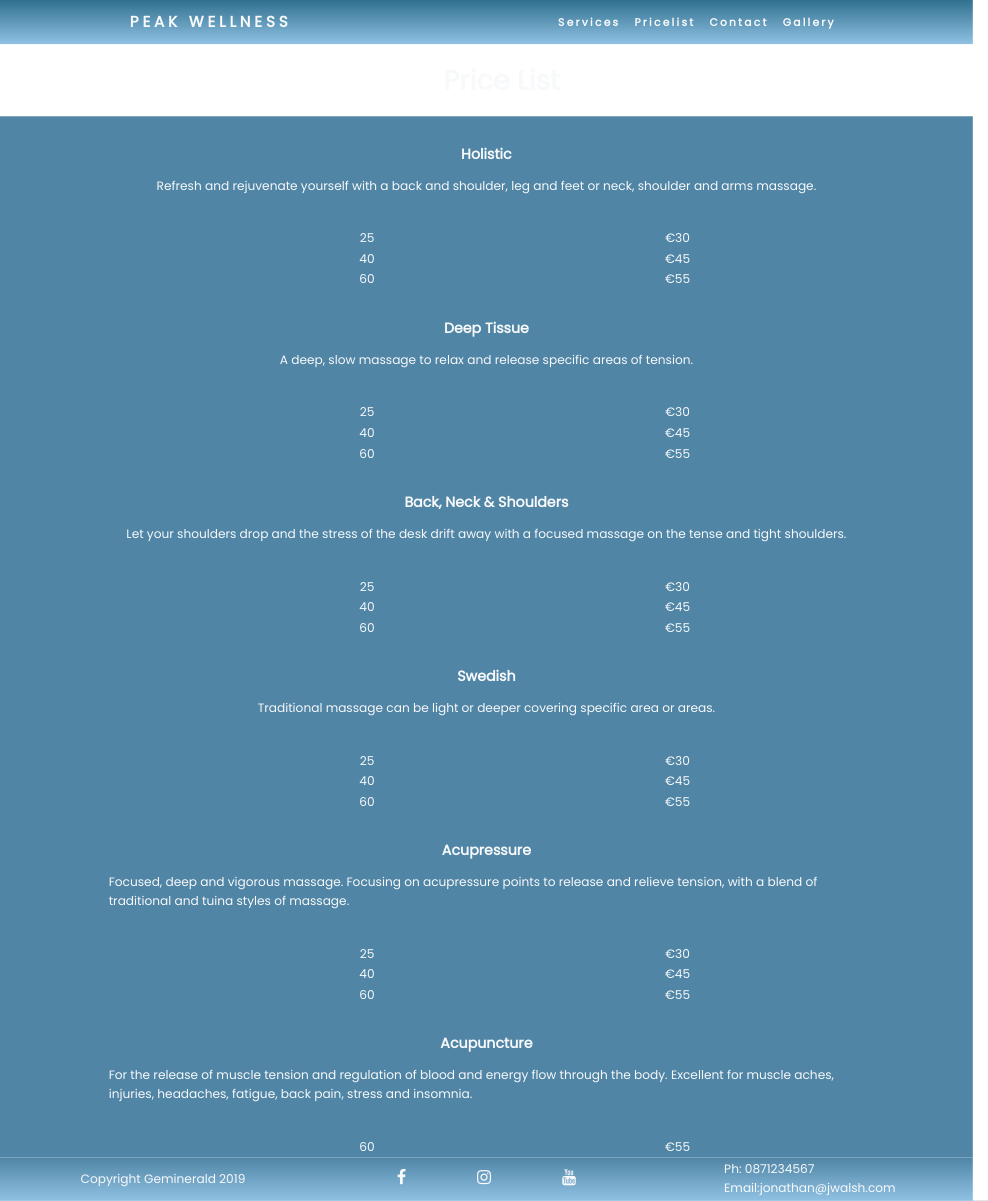
Repository: geminerald/peakwellness
Page: prices.html
The author's editor kept a record of every edit. The page is drawn from the files as they stood at one moment, then again after the next edit.
The browser window is 1280 px wide. The page is 1300 px wide, so the pictures cover 1300 px, including what lies to the right of the window. The pictures show the whole page, at 76% of full size.

Above is the page before.

After the next edit:
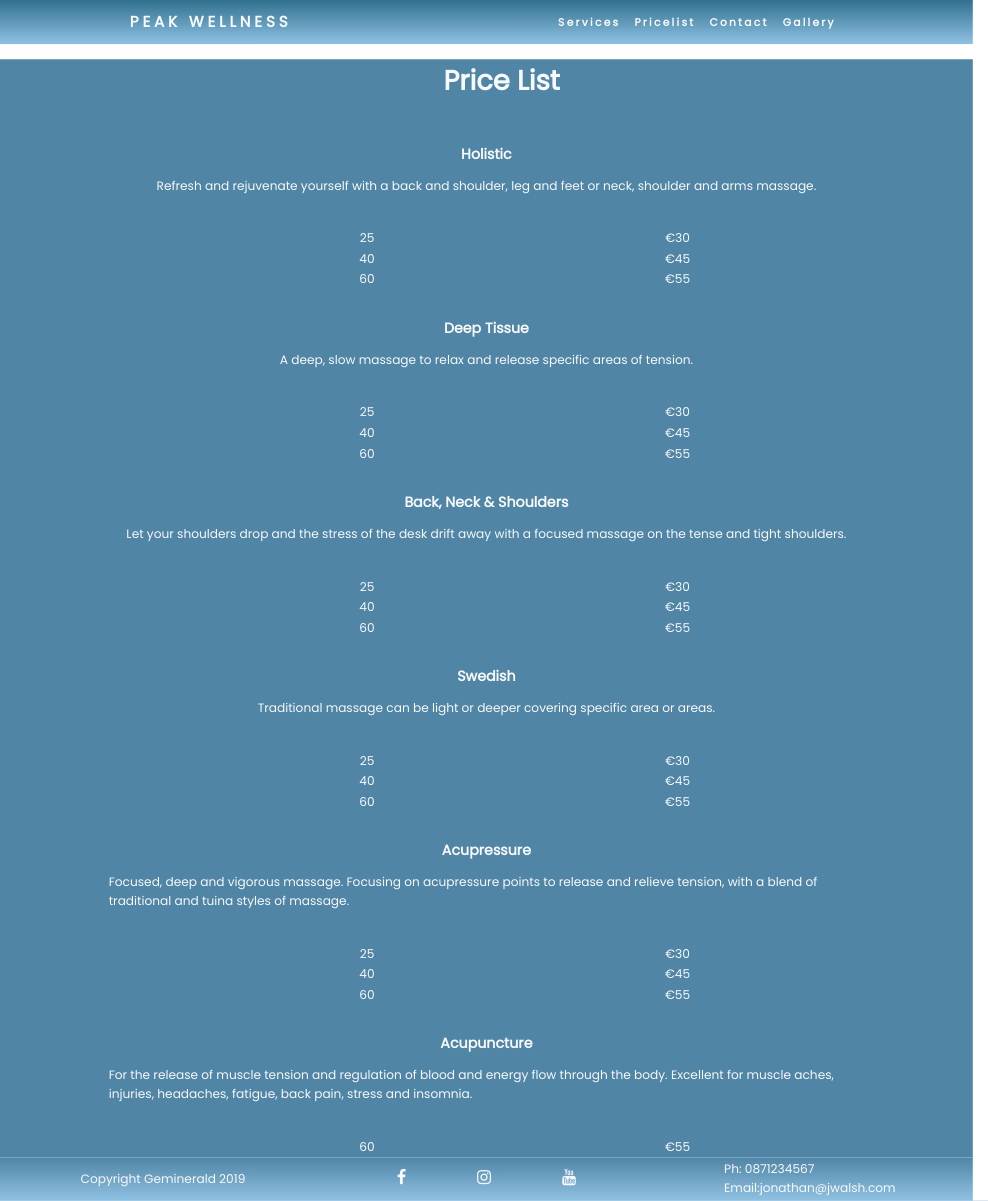
The edit:
--- a/prices.html
+++ b/prices.html
@@ -41,8 +41,9 @@
         </div>
     </nav>
     <section>
-        <h1>Price List</h1>
+<div class="overlay">
         <div class="price-container">
+            <h1>Price List</h1>
             <div class="price-option">
                 <h3>Holistic</h3>
                 <p>Refresh and rejuvenate yourself with a back and shoulder, leg and feet or neck, shoulder and arms massage.</p>
